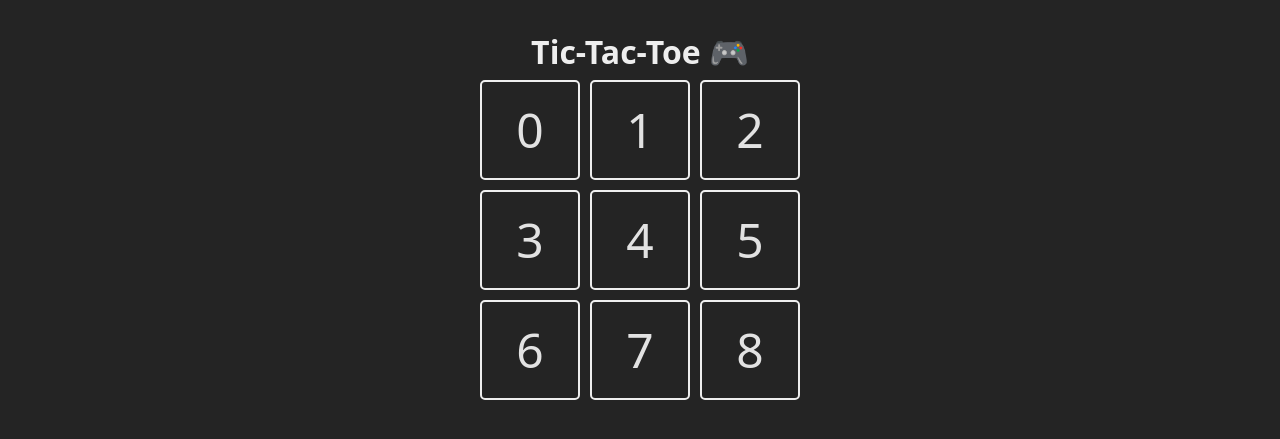
Repository: atzin-escandia/react-tic-tac-toe
Page: /
An editor plug-in stored every save of this project. The page is shown before and after the next save, followed by the edit.
The browser window is 1280 px wide. The pictures show the whole page.
The project was rebuilt for these pictures with package versions that can differ from the ones it lists, and the page was loaded fresh each time. Also part of the build but not shown: vite.config.js.

Above is the page before, as saved 2023-10-07 18:56:30.

After the next save:
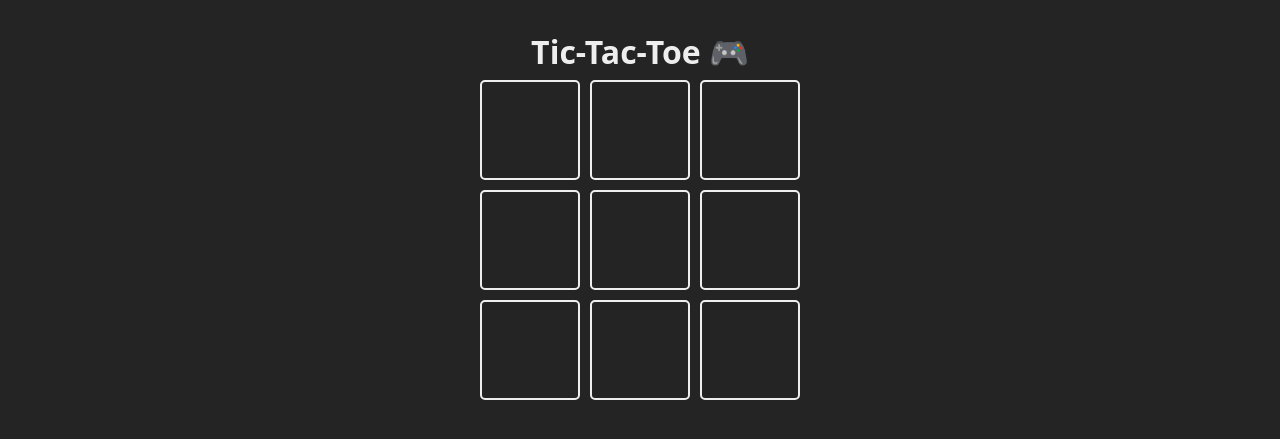
Saved 9 s later.
--- a/src/App.jsx
+++ b/src/App.jsx
@@ -44,7 +44,6 @@
     return (
       <div onClick={() => updateBoard(index)} className="square">
         {board[index]}
-        {index}
       </div>
     );
   };

After the save that followed:
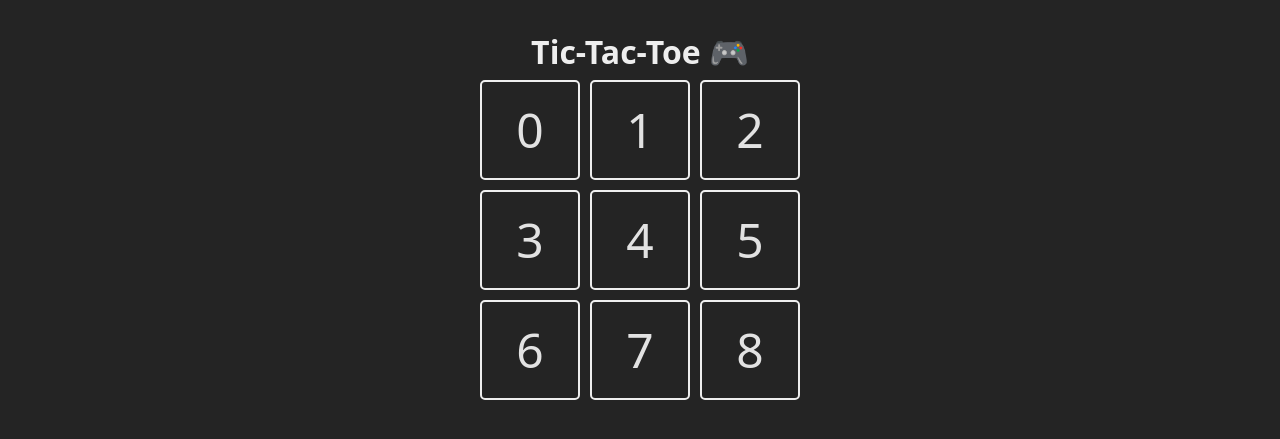
Saved 59 s later.
--- a/src/App.jsx
+++ b/src/App.jsx
@@ -44,6 +44,7 @@
     return (
       <div onClick={() => updateBoard(index)} className="square">
         {board[index]}
+        {index}
       </div>
     );
   };
